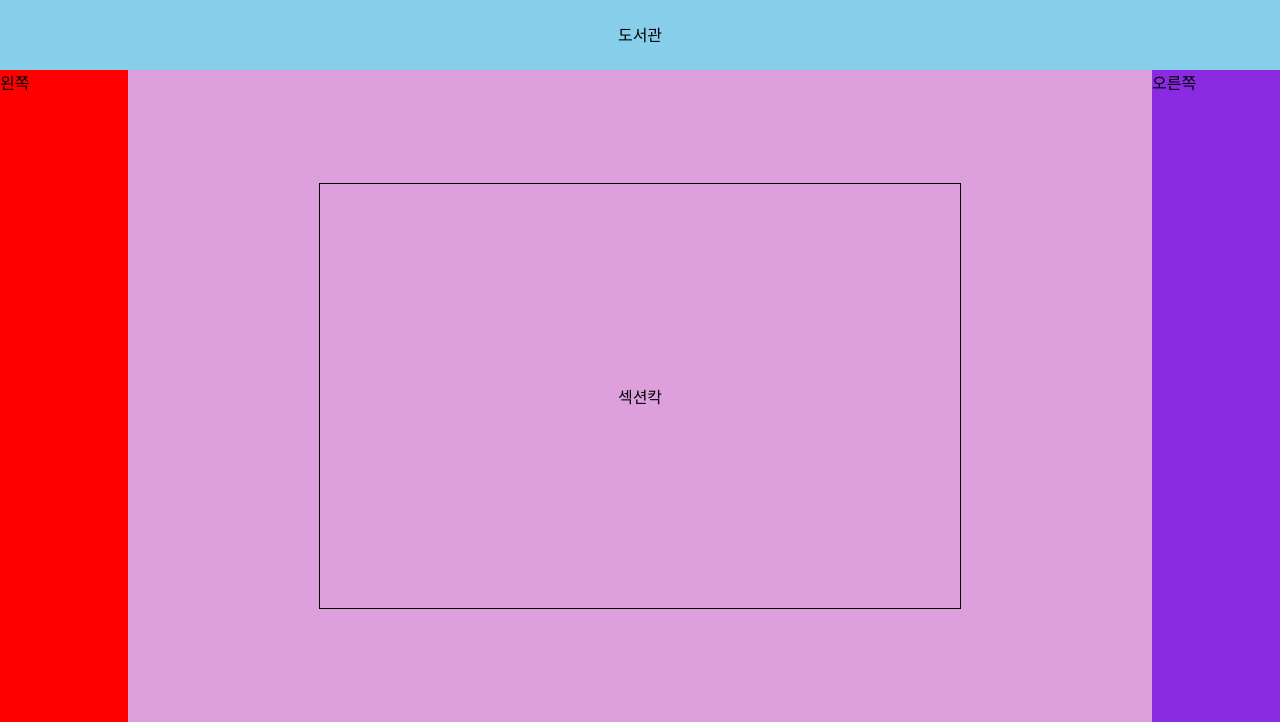
Repository: sojihwan/API_-Multi
Page: / (app in API/)
An editor plug-in stored every save of this project. The page is shown before and after the next save, followed by the edit.
The browser window is 1280 px wide. The pictures show the whole page.
The project was rebuilt for these pictures with package versions that can differ from the ones it lists, and the page was loaded fresh each time. Also part of the build but not shown: API/src/App.css.

Above is the page before, as saved 2022-05-24 15:23:29.

After the next save:
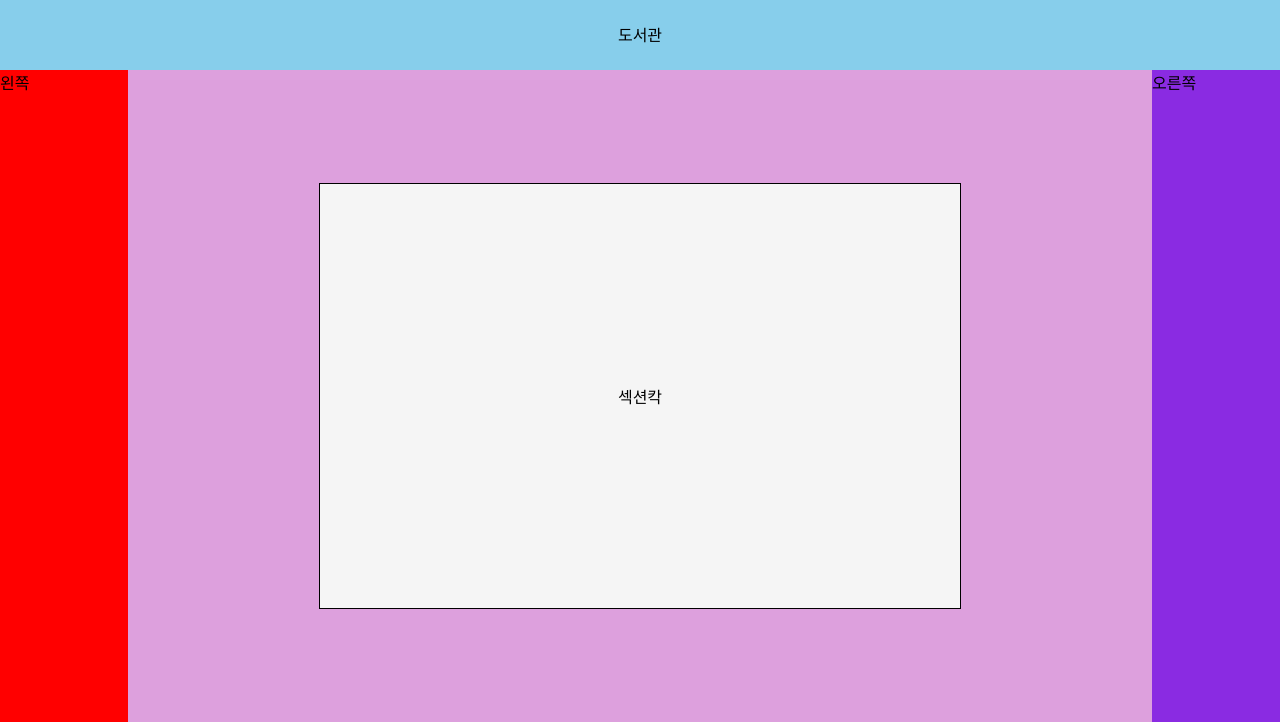
Saved 26 s later.
--- a/API/src/Layout/Section.css
+++ b/API/src/Layout/Section.css
@@ -3,5 +3,5 @@
   width: 50%;
   padding: 200px 0;
   text-align: center;
-
+  background: whitesmoke;
 }
